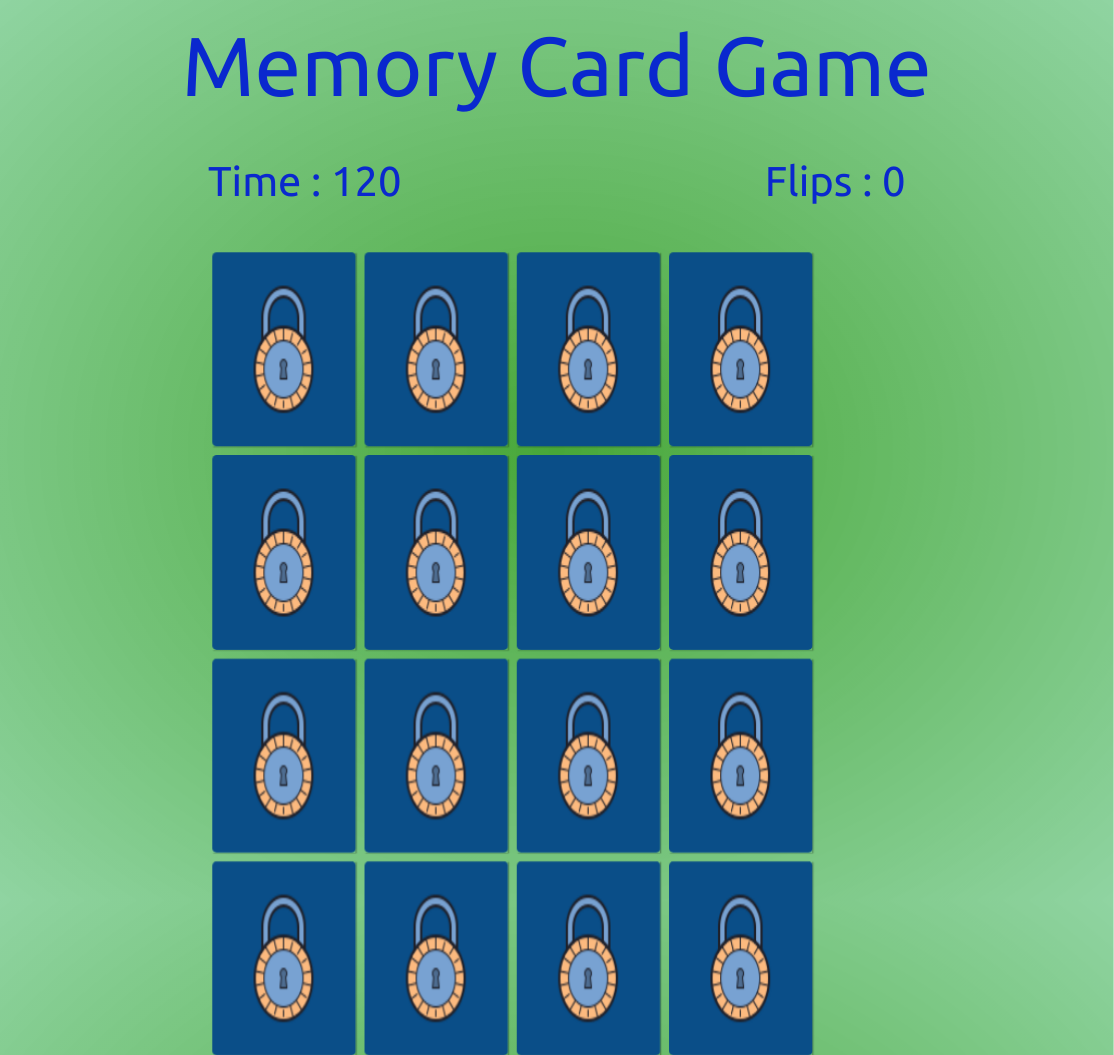
Repository: claudiadanaila1/Project-2--Interactive-FrontEnd---Memory-game
Page: index.html
The author's editor kept a record of every edit. The page is drawn from the files as they stood at one moment, then again after the next edit.
The browser window is 1280 px wide. The pictures show the whole page, at 87% of full size.

Above is the page before.

After the next edit:
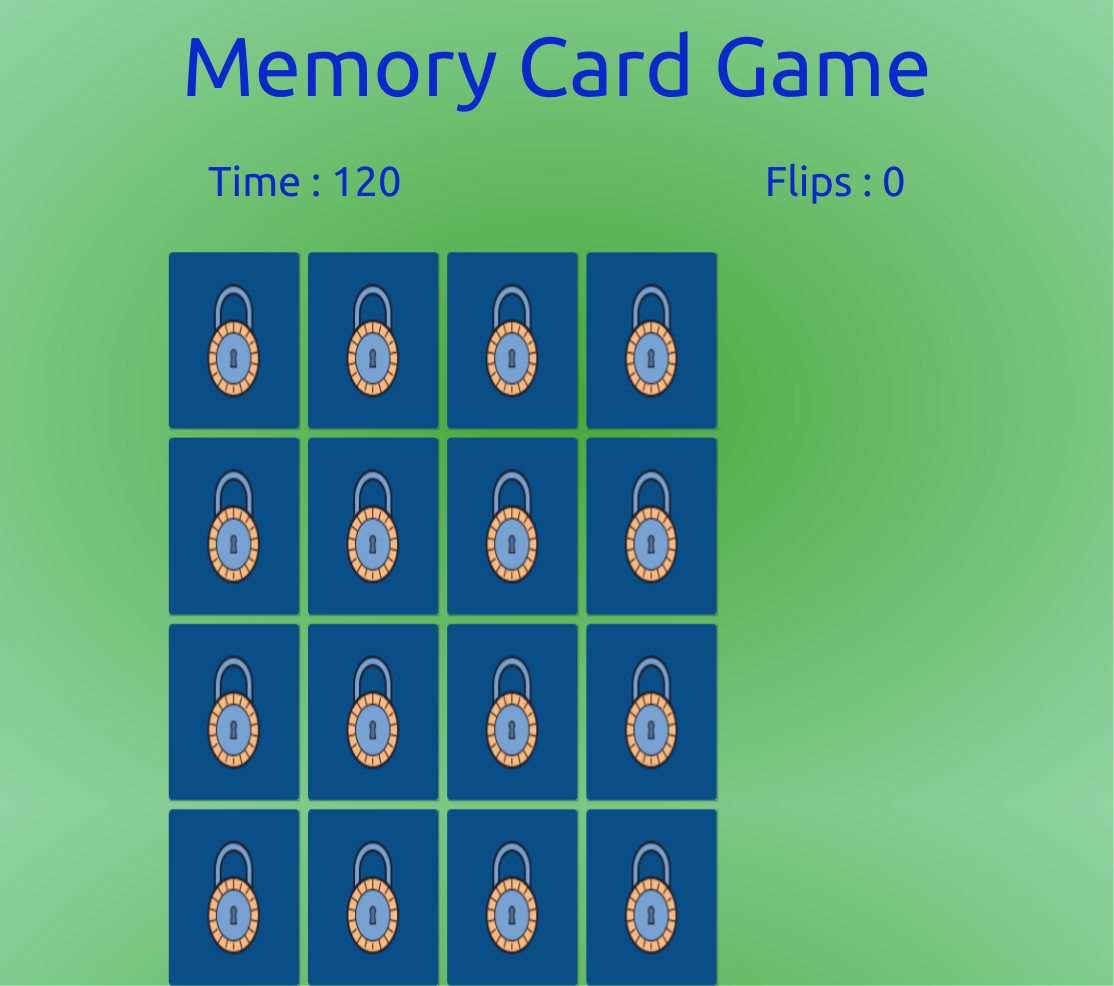
The edit:
--- a/css/style.css
+++ b/css/style.css
@@ -40,9 +40,8 @@
 }
 
 .memory-game {
-    height:700px;
-    width:700px;
-    margin: 50px 50px;
+    height:640px;
+    width:640px;
     display:flex;
     flex-wrap: wrap;
     perspective:1000px;
